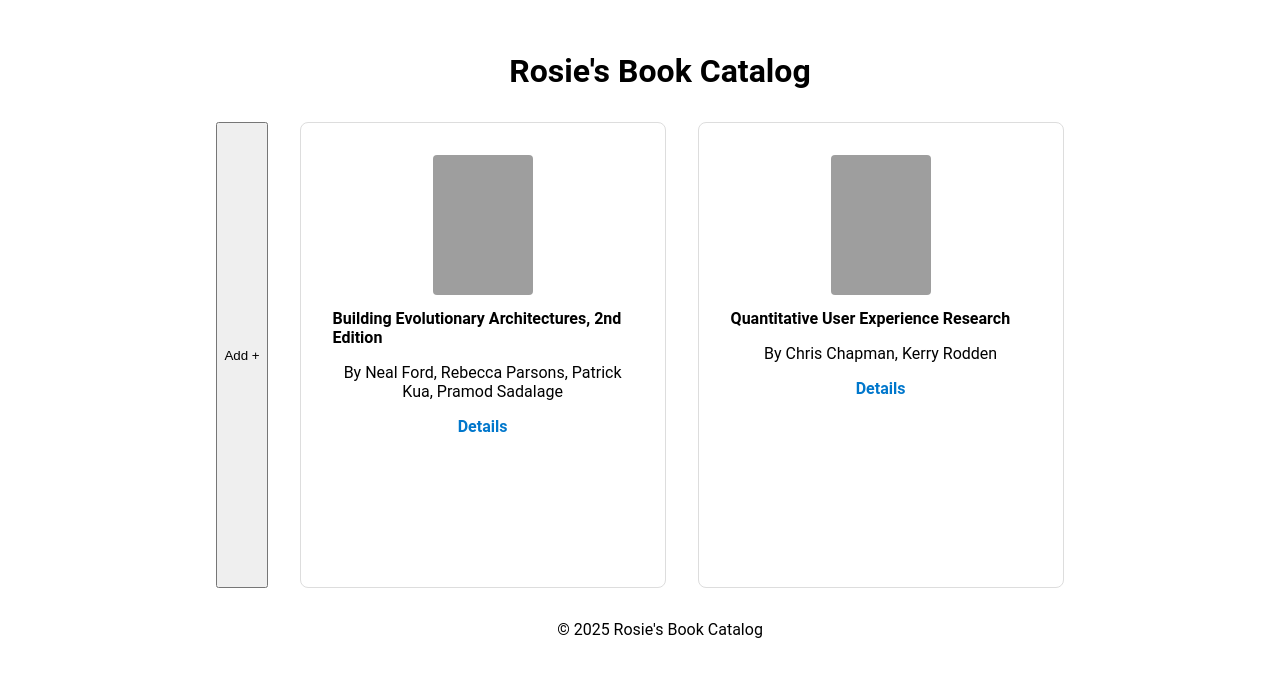
Repository: rosielee09/book-catalog
Page: /
These files come from the project's save history. The page is drawn as it stood at one moment and after the next save; the edit follows.
The browser window is 1280 px wide. The pictures show the whole page.
Pictures or frames that could not be fetched are drawn as grey boxes. The project was rebuilt for these pictures with package versions that can differ from the ones it lists, and the page was loaded fresh each time. Also part of the build but not shown: vite.config.js.

Above is the page before, as saved 2025-09-12 20:08:15.

### index.html
<!DOCTYPE html>
<html lang="en">
	<head>
		<meta charset="UTF-8" />
		<link rel="icon" type="image/svg+xml" href="/vite.svg" />
		<meta
			name="viewport"
			content="width=device-width, initial-scale=1.0"
		/>
		<title>Rosie's bookstore</title>
	</head>
	<body>
		<div id="root"></div>
		<script type="module" src="/src/main.jsx"></script>
	</body>
</html>

### src/index.css
body {
	margin: 0;
	font-family: roboto;
	background-color: #ffffff00;
	color: black;
	display: flex;
	justify-content: center;
}

.app {
	width: 100%;
	max-width: 900px;
	text-align: center;
	padding: 20px;
}

.app-header {
	margin: 2rem;
	/* background-color: cornflowerblue; */
}

.content {
	display: flex;
	text-align: center;
	gap: 2rem;
	margin-bottom: 2rem;
}

.book-card {
	width: 300px;
	height: 400px;
	border: 1px solid #ddd;
	border-radius: 8px;
	padding: 2rem;
	background-color: #fff;

	/* justify-content: space-between; */
}

.book-image {
	width: 100px;
	height: 140px;
	object-fit: cover;
	border-radius: 4px;
}

.book-title {
	font-size: 1rem;
	margin: 10px 0 5px;
	text-align: left;
}

.book-link {
	margin-top: auto;
	color: #0077cc;
	text-decoration: none;
	font-weight: bold;
}

.book-link:hover {
	text-decoration: underline;
}

### src/App.jsx
import Book from "./Book.jsx";

function App() {
	return (
		<div className='app'>
			<header className='app-header'>
				<h1>Rosie's Book Catalog</h1>
			</header>
			<main className='content'>
				<button className='add-button'>Add +</button>
				<Book
					image='./assets/building-evolutionary-architectures.png'
					title='Building Evolutionary Architectures, 2nd Edition'
					author='Neal Ford, Rebecca Parsons, Patrick Kua, Pramod Sadalage'
					link='https://itbook.store/books/9781492097549'
				/>
				<Book
					image='quantative-user-research.png'
					title='Quantitative User Experience Research'
					author='Chris Chapman, Kerry Rodden'
					link='https://itbook.store/books/9781484292679'
				/>
			</main>

			<footer className='app-footer'>
				<p>© 2025 Rosie's Book Catalog</p>
			</footer>
		</div>
	);
}

export default App;

### src/Book.jsx
export default function Book({ title, author, image, link }) {
	return (
		<div className='book-card'>
			<img src={image} alt={title} className='book-image' />
			<h3 className='book-title'>{title}</h3>
			<p className='book-author'>By {author}</p>
			<a href={link} target='_blank' className='book-link'>
				Details
			</a>
		</div>
	);
}

Loaded but not shown: src/main.jsx (common file)

After the next save:
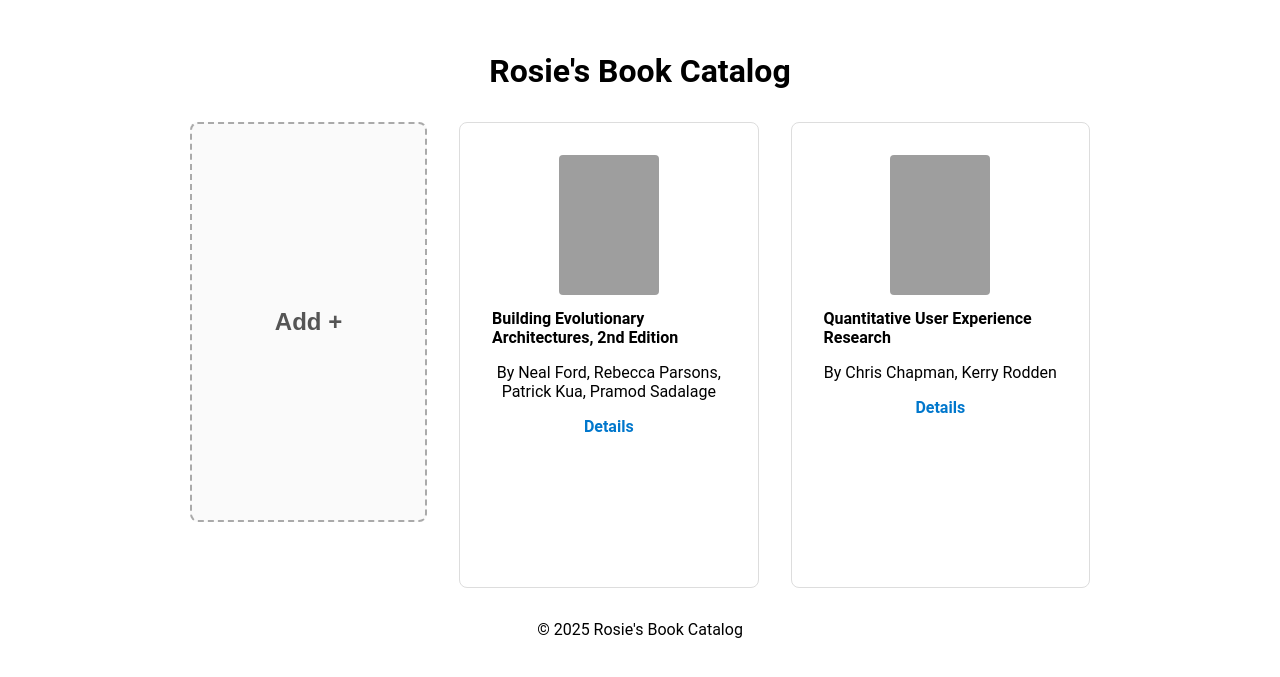
Saved 46 s later.
--- a/src/index.css
+++ b/src/index.css
@@ -60,3 +60,16 @@
 .book-link:hover {
 	text-decoration: underline;
 }
+
+.add-button {
+	width: 300px;
+	height: 400px;
+	border: 2px dashed #aaa;
+	border-radius: 8px;
+	font-size: 24px;
+	font-weight: bold;
+	color: #555;
+	background-color: #fafafa;
+	cursor: pointer;
+	transition: background 0.3s ease;
+}
